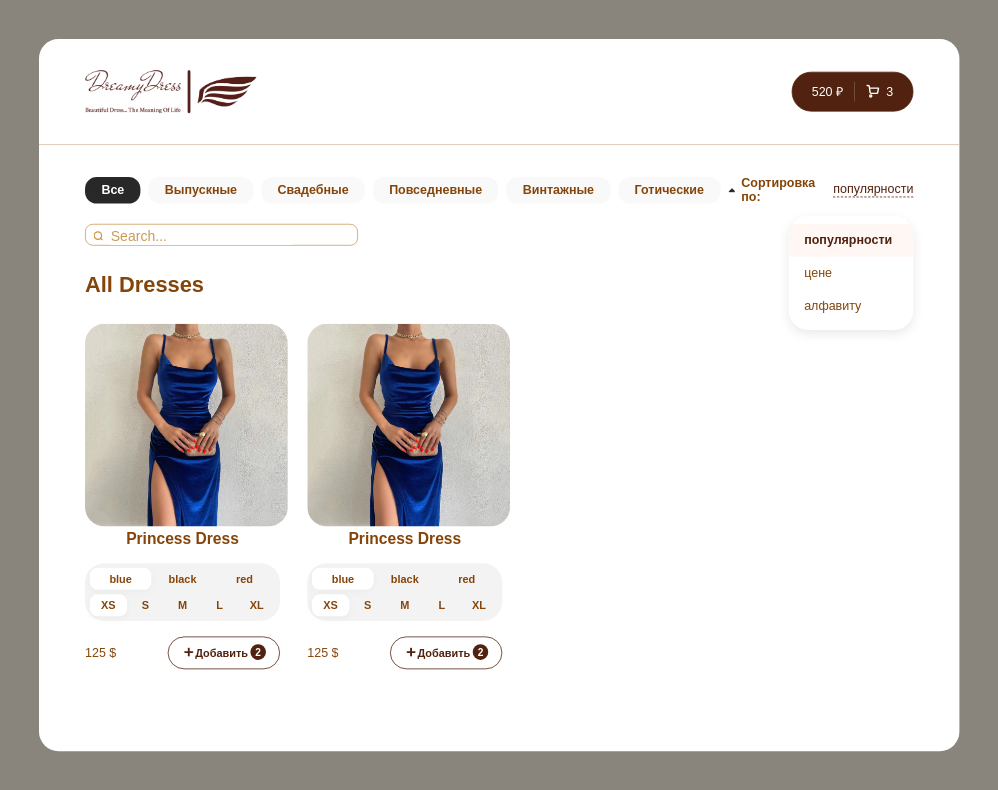
Repository: DisasterWoman/SPA-shop
Page: /
An editor plug-in stored every save of this project. The page is shown before and after the next save, followed by the edit.
The browser window is 1280 px wide. The pictures show the whole page, at 78% of full size.
Some web fonts or font styles are not loaded; a fallback is used. The project was rebuilt for these pictures with package versions that can differ from the ones it lists, and the page was loaded fresh each time.

Above is the page before, as saved 2022-11-29 18:11:07.

### src/App.js
import './scss/app.scss';
import Categories from './components/Categories/Categories';
import DressBlock from './components/DressBlock/DressBlock';
import Header from './components/Header/Header';
import Sort from './components/Sort/Sort';
import SearchBar from './components/SearchBar/SearchBar';

function App() {
  return (
    <div className="wrapper">
      <Header />
      <div className="content">
        <div className="container">
          <div className="content__top">
            <Categories />
            <Sort />
          </div>
          <SearchBar />
          <h2 className="content__title">All Dresses</h2>
          <div className="content__items">
            <DressBlock />
            <DressBlock />
          </div>
        </div>
      </div>
    </div>
  );
}

export default App;

### src/scss/app.scss
@import 'variables.scss';
@import './libs/normalize.scss';
@import './all';

body {
  background-color: $background;
}

.wrapper {
  width: calc(100vw - 100px);
  height: 100%;
  background-color: #fff;
  margin: 50px auto;
  border-radius: 25px;
  max-width: 1400px;
}

.content {
  padding: 40px 0;

  &__title {
    margin: 35px 0;
  }

  &__items {
    display: flex;
    flex-wrap: wrap;
    //justify-content: space-between;
  }

  &__top {
    display: flex;
    align-items: center;
    justify-content: space-between;
  }
}

.container {
  width: $container-width;
  margin: 0 auto;

  &--cart {
    max-width: 820px;
    margin: 90px auto;
    .content__title {
      margin: 0;
    }
  }
}

.cart {
  &__top {
    display: flex;
    justify-content: space-between;
    align-items: center;
  }

  .content__title {
    display: flex;
    align-items: center;
    font-size: 32px;

    svg {
      position: relative;
      top: -2px;
      width: 30px;
      height: 30px;
      margin-right: 10px;
      path {
        stroke: $black;
        strokewidth: 1.9;
      }
    }
  }

  &__clear {
    display: flex;
    align-items: center;
    cursor: pointer;
    @include noselect();

    span {
      display: inline-block;
      margin-left: 7px;
      color: #b6b6b6;
      font-size: 18px;
    }

    span,
    svg,
    path {
      transition: all $duration ease-in-out;
    }

    &:hover {
      svg {
        path {
          stroke: darken($color: #b6b6b6, $amount: 50);
        }
      }
      span {
        color: darken($color: #b6b6b6, $amount: 50);
      }
    }
  }

  &__item {
    display: flex;
    width: 100%;
    border-top: 1px solid $gray-line;
    padding-top: 30px;
    margin-top: 30px;

    &-img {
      display: flex;
      align-items: center;
      margin-right: 15px;
      width: 10%;

      img {
        width: 80px;
        height: 80px;
      }
    }

    &-info {
      display: flex;
      flex-direction: column;
      justify-content: center;
      width: 40%;

      h3 {
        font-weight: bold;
        font-size: 22px;
        line-height: 27px;
        letter-spacing: 0.01em;
      }

      p {
        font-size: 18px;
        color: #8d8d8d;
      }
    }

    &-count {
      display: flex;
      align-items: center;
      justify-content: space-between;
      width: 13%;

      &-minus {
        svg {
          path:first-of-type {
            display: none;
          }
        }
      }

      b {
        font-size: 22px;
      }
    }

    &-price {
      display: flex;
      align-items: center;
      justify-content: center;
      width: 33%;

      b {
        font-weight: bold;
        font-size: 22px;
        letter-spacing: 0.01em;
      }
    }

    &-remove {
      display: flex;
      align-items: center;
      justify-content: flex-end;
      width: 4%;

      .button {
        border-color: darken($color: $gray-line, $amount: 10);
      }

      svg {
        transform: rotate(45deg);

        path {
          fill: darken($color: $gray-line, $amount: 15);
        }
      }

      .button {
        svg {
          width: 11.5px;
          height: 11.5px;
          position: relative;
        }
        &:hover,
        &:active {
          border-color: darken($color: $gray-line, $amount: 80);
          background-color: darken($color: $gray-line, $amount: 80);
        }
      }
    }
  }

  &__bottom {
    margin: 50px 0;

    &-details {
      display: flex;
      justify-content: space-between;

      span {
        font-size: 22px;

        &:last-of-type {
          b {
            color: $brown;
          }
        }
      }
    }

    &-buttons {
      display: flex;
      justify-content: space-between;
      margin-top: 40px;

      .go-back-btn {
        display: flex;
        align-items: center;
        justify-content: center;
        width: 210px;

        border-color: darken($color: $gray-line, $amount: 10);

        span {
          color: darken($color: $gray-line, $amount: 20);
          font-weight: 500;
          font-weight: 600;
        }

        &:hover {
          background-color: darken($color: $gray-line, $amount: 90);
          border-color: darken($color: $gray-line, $amount: 90);

          span {
            color: $gray-line;
          }
        }

        svg {
          margin-right: 12px;
          path {
            fill: transparent;
            strokewidth: 2;
          }
        }
      }

      .pay-btn {
        font-size: 16px;
        font-weight: 600;
        width: 210px;
        padding: 16px;
      }
    }
  }

  &--empty {
    margin: 0 auto;
    width: 560px;
    text-align: center;

    h2 {
      font-size: 32px;
      margin-bottom: 10px;
    }

    p {
      font-size: 18px;
      line-height: 145.4%;
      letter-spacing: 0.01em;
      color: #777777;
    }

    icon {
      position: relative;
      top: 2px;
    }

    img {
      display: block;
      width: 300px;
      margin: 45px auto 60px;
    }

    .button--black {
      padding: 12px 0 14px;
      width: 230px;
      margin: 0 auto;
      font-weight: 600;
      font-size: 18px;
    }
  }
}

### src/components/Categories/Categories.jsx
import React from 'react';

function Categories() {
  return (
    <div className="categories">
      <ul>
        <li className="active">Все</li>
        <li>Выпускные</li>
        <li>Свадебные</li>
        <li>Повседневные</li>
        <li>Винтажные</li>
        <li>Готические</li>
      </ul>
    </div>
  );
}

export default Categories;

### src/components/DressBlock/DressBlock.jsx
import React from 'react';
import { Button } from '../Button/Button';
import './_dress-block.scss';

function DressBlock() {
  return (
    <div className="dress-block">
      <img className="dress-block__image" src="/images/dresses/dress0-blue.webp" alt="Dress" />
      <h4 className="dress-block__title">Princess Dress</h4>
      <div className="dress-block__selector">
        <ul>
          <li className="active">blue</li>
          <li>black</li>
          <li>red</li>
        </ul>
        <ul>
          <li className="active">XS</li>
          <li>S</li>
          <li>M</li>
          <li>L</li>
          <li>XL</li>
        </ul>
      </div>
      <div className="dress-block__bottom">
        <div className="dress-blockk__price">125 $</div>
        <Button/>
      </div>
    </div>
  );
}

export default DressBlock;

### src/components/Header/Header.jsx
import React from 'react';
import './_header.scss';
function Header() {
  return (
    <div className="header">
      <div className="container">
        <div className="header__logo">
          <img width="220" src="/dreamy-dress.png" alt="logo" />
          <div></div>
        </div>
        <div className="header__cart">
          <a href="/cart.html" className="button button--cart">
            <span>520 ₽</span>
            <div className="button__delimiter"></div>
            <svg
              width="18"
              height="18"
              viewBox="0 0 18 18"
              fill="none"
              xmlns="http://www.w3.org/2000/svg"
            >
              <path
                d="M6.33333 16.3333C7.06971 16.3333 7.66667 15.7364 7.66667 15C7.66667 14.2636 7.06971 13.6667 6.33333 13.6667C5.59695 13.6667 5 14.2636 5 15C5 15.7364 5.59695 16.3333 6.33333 16.3333Z"
                stroke="white"
                strokeWidth="1.8"
                strokeLinecap="round"
                strokeLinejoin="round"
              />
              <path stroke="white" strokeWidth="1.8" strokeLinecap="round" strokeLinejoin="round" />
              <path
                d="M4.78002 4.99999H16.3334L15.2134 10.5933C15.1524 10.9003 14.9854 11.176 14.7417 11.3722C14.4979 11.5684 14.1929 11.6727 13.88 11.6667H6.83335C6.50781 11.6694 6.1925 11.553 5.94689 11.3393C5.70128 11.1256 5.54233 10.8295 5.50002 10.5067L4.48669 2.82666C4.44466 2.50615 4.28764 2.21182 4.04482 1.99844C3.80201 1.78505 3.48994 1.66715 3.16669 1.66666H1.66669"
                stroke="white"
                strokeWidth="1.8"
                strokeLinecap="round"
                strokeLinejoin="round"
              />
            </svg>
            <span>3</span>
          </a>
        </div>
      </div>
    </div>
  );
}

export default Header;

### src/components/Sort/Sort.jsx
import React from 'react';
import './_sort.scss';

function Sort() {
  return (
    <div className="sort">
      <div className="sort__label">
        <svg
          width="10"
          height="6"
          viewBox="0 0 10 6"
          fill="none"
          xmlns="http://www.w3.org/2000/svg"
        >
          <path
            d="M10 5C10 5.16927 9.93815 5.31576 9.81445 5.43945C9.69075 5.56315 9.54427 5.625 9.375 5.625H0.625C0.455729 5.625 0.309245 5.56315 0.185547 5.43945C0.061849 5.31576 0 5.16927 0 5C0 4.83073 0.061849 4.68424 0.185547 4.56055L4.56055 0.185547C4.68424 0.061849 4.83073 0 5 0C5.16927 0 5.31576 0.061849 5.43945 0.185547L9.81445 4.56055C9.93815 4.68424 10 4.83073 10 5Z"
            fill="#2C2C2C"
          />
        </svg>
        <b>Сортировка по:</b>
        <span>популярности</span>
      </div>
      <div className="sort__popup">
        <ul>
          <li className="active">популярности</li>
          <li>цене</li>
          <li>алфавиту</li>
        </ul>
      </div>
    </div>
  );
}

export default Sort;

### src/components/SearchBar/SearchBar.jsx
import React, {useState}  from 'react'
import './_searchBar.scss';
function SearchBar() {
  return (
    <div className="search-bar">
      <img
        className="search-bar__icon"
        alt="search"
        src="images/icons/search.svg"
        width={12}
        height={13}
      ></img>
      <input
        placeholder="Search..."
      ></input>
    </div>
  );
}

export default SearchBar

### src/scss/_variables.scss
$black: #85450a;
$background: #89857c;
$gray-line: #d5bda1;
$brown: #50220f;

$container-width: 90%;

$duration: 0.15s;

### src/scss/libs/_normalize.scss
@import url('https://fonts.googleapis.com/css2?family=Anek+Devanagari&display=swap');

*{
  padding: 0;
  margin: 0;
  list-style: none;
  outline: none;
  font-family: 'Anek Devanagari', sans-serif;
  box-sizing: border-box;
}

html {
  -ms-text-size-adjust: 100%;
  -webkit-text-size-adjust: 100%;
}

body {
  -moz-osx-font-smoothing: grayscale;
  -webkit-font-smoothing: antialiased;
  color: $black;
}

a,
span,
p,
b,
h1,
h2,
h3,
h4,
h5 {
  color: $black;
}

h1 {
  font-size: 48px;
}

h2 {
  font-weight: 600;
  font-size: 28px;
  line-height: 30px;
}

a {
  text-decoration: none;
}

@mixin noselect {
  -webkit-touch-callout: none; /* iOS Safari */
  -webkit-user-select: none; /* Safari */
  -khtml-user-select: none; /* Konqueror HTML */
  -moz-user-select: none; /* Old versions of Firefox */
  -ms-user-select: none; /* Internet Explorer/Edge */
  user-select: none; /* Non-prefixed version, currently
                                  supported by Chrome, Opera and Firefox */
}

### src/scss/_all.scss
@import '../components/Header/Header';
@import '../components/Button/button';
@import '../components/Categories/Categories';
@import '../components/Sort/Sort';
@import '../components/DressBlock/dress-block';

### src/components/Header/_header.scss
@import '../../../src/scss/variables';

.header {
  border-bottom: 1px solid $gray-line;
  padding: 40px 0;

  .container {
    display: flex;
    align-items: center;
    justify-content: space-between;
  }

  &__logo {
    display: flex;

    img {
      margin-right: 15px;
    }

    h1 {
      color: #181818;
      font-size: 24px;
      letter-spacing: 1%;
      text-transform: uppercase;
      font-weight: 800;
    }

    p {
      color: #7b7b7b;
    }
  }
}

### src/components/Button/_button.scss
@import '../../../src/scss/variables';

.button {
  display: inline-block;
  background-color: $brown;
  border-radius: 25px;
  padding: 10px 20px;
  min-width: 100px;
  text-align: center;
  cursor: pointer;
  transition: background-color $duration ease-in-out, border-color $duration ease-in-out;
  border: 1px solid transparent;

  &,
  span {
    color: #fff;
  }

  i,
  span,
  path,
  svg {
    transition: all $duration ease-in-out;
  }

  &:hover {
    background-color: darken($brown, 8%);
  }

  &:active {
    background-color: darken($brown, 12%);
    transform: translateY(1px);
  }

  &--circle {
    display: flex;
    align-items: center;
    justify-content: center;
    width: 30px;
    height: 30px;
    min-width: 30px;
    padding: 0;
    border-width: 2px;
  }

  &--black {
    background-color: $black;

    &:hover,
    &:active {
      background-color: lighten($color: $black, $amount: 10);
    }
  }

  &--outline {
    background-color: #fff;
    border-color: $brown;
    &,
    span {
      color: $brown;
    }

    svg {
      path {
        fill: $brown;
      }
    }

    &:hover {
      background-color: $brown;

      &,
      span {
        color: #fff;
      }

      svg {
        path {
          fill: #fff;
        }
      }
    }

    &:active {
      background-color: darken($brown, 8%);
    }
  }

  &__delimiter {
    width: 1px;
    height: 25px;
    background-color: rgba(255, 255, 255, 0.25);
    margin-left: 14px;
    margin-right: 14px;
  }

  &--add {
    svg {
      margin-right: 2px;
    }

    span {
      font-weight: 600;
      font-size: 14px;
    }

    &:hover {
      i {
        background-color: #fff;
        color: $brown;
      }
    }

    i {
      display: inline-block;
      border-radius: 30px;
      background-color: $brown;
      color: #fff;
      font-weight: 600;
      width: 20px;
      height: 20px;
      font-style: normal;
      font-size: 13px;
      line-height: 22px;
      position: relative;
      top: -1px;
      left: 3px;
    }
  }

  &--cart {
    display: flex;
    align-items: center;
    line-height: 23px;
    padding: 12px 25px;
    border-color: $brown;

    svg {
      margin-right: 8px;
      margin-bottom: 1px;
    }

    span {
      font-weight: 500;
      font-size: 16px;
    }
  }
}

### src/components/Categories/_categories.scss
@import '../../../src/scss/variables';

.categories {
  ul {
    display: flex;

    li {
      background-color: #f9f9f9;
      padding: 8px 21px;
      border-radius: 15px;
      margin-right: 10px;
      font-weight: bold;
      cursor: pointer;
      transition: background-color 0.1s ease-in-out;
      @include noselect();

      &:hover {
        background-color: darken(#f9f9f9, 2%);
      }

      &:active {
        background-color: darken(#f9f9f9, 5%);
      }

      &.active {
        background-color: #282828;
        color: #fff;
      }
    }
  }
}

### src/components/Sort/_sort.scss
@import '../../../src/scss/variables';

.sort {
  position: relative;
  &__label {
    display: flex;
    align-items: center;

    svg {
      margin-right: 8px;
    }

    b {
      margin-right: 8px;
    }

    span {
      color: $brown;
      border-bottom: 1px dashed $brown;
      cursor: pointer;
    }
  }

  &__popup {
    position: absolute;
    right: 0;
    margin-top: 15px;
    background: #ffffff;
    box-shadow: 0px 5px 15px rgba(0, 0, 0, 0.09);
    border-radius: 25px;
    overflow: hidden;
    padding: 10px 0;
    width: 160px;

    ul {
      overflow: hidden;
      li {
        padding: 12px 20px;
        cursor: pointer;

        &.active,
        &:hover {
          background: rgba(254, 95, 30, 0.05);
        }

        &.active {
          font-weight: bold;
          color: $brown;
        }
      }
    }
  }
}

### src/components/DressBlock/_dress-block.scss
@import '../../../src/scss/variables';

.dress-block {
  width: 250px;
  text-align: center;
  margin-bottom: 65px;

  &:not(:nth-of-type(4n)) {
    margin-right: 35px;
  }

  &__image {
    border-radius: 25px;
    width: 260px;
  }

  &__title {
    font-size: 20px;
    font-weight: 900;
    letter-spacing: 1%;
    margin-bottom: 20px;
  }

  &__selector {
    display: flex;
    background-color: #f3f3f3;
    border-radius: 25px;
    flex-direction: column;
    padding: 6px;

    ul {
      display: flex;
      flex: 1;

      &:first-of-type {
        margin-bottom: 6px;
      }

      li {
        padding: 6px;
        flex: 1;
        cursor: pointer;
        font-weight: 600;
        font-size: 14px;
        &.active {
          background: #ffffff;
          box-shadow: 0px 2px 11px rgba(0, 0, 0, 0.04);
          border-radius: 10px;
          cursor: auto;
        }
      }
    }
  }

  &__bottom {
    display: flex;
    align-items: center;
    justify-content: space-between;
    margin-top: 20px;
  }

  &__price {
    font-weight: bold;
    font-size: 22px;
    line-height: 27px;
    letter-spacing: 0.015em;
  }
}

### src/components/Button/Button.jsx
export const Button = () => {
    return (
      <div className="button button--outline button--add">
        <svg
          width="12"
          height="12"
          viewBox="0 0 12 12"
          fill="none"
          xmlns="http://www.w3.org/2000/svg"
        >
          <path
            d="M10.8 4.8H7.2V1.2C7.2 0.5373 6.6627 0 6 0C5.3373 0 4.8 0.5373 4.8 1.2V4.8H1.2C0.5373 4.8 0 5.3373 0 6C0 6.6627 0.5373 7.2 1.2 7.2H4.8V10.8C4.8 11.4627 5.3373 12 6 12C6.6627 12 7.2 11.4627 7.2 10.8V7.2H10.8C11.4627 7.2 12 6.6627 12 6C12 5.3373 11.4627 4.8 10.8 4.8Z"
            fill="white"
          />
        </svg>
        <span>Добавить</span>
        <i>2</i>
      </div>
    );
}

### src/components/SearchBar/_searchBar.scss
@import '../../../src/scss/variables';

.search-bar{
   width: 350px;
  margin-top: 25px;
  border: 1px solid #CA9B55;
  border-radius: 10px;
  padding: 0 10px;
  position: relative;
  &__icon{
    margin-right: 10px;
    margin-top: 8px;
  }
  input{
    font-size: 18px;
    outline-offset: 0;
    outline: none;
    border: none;
    color: #7e4e05;
  }
     ::placeholder {
      color: #CA9B55;
      opacity: 1;
    }

}

Loaded but not shown: public/index.html (common file); src/index.js (common file)

After the next save:
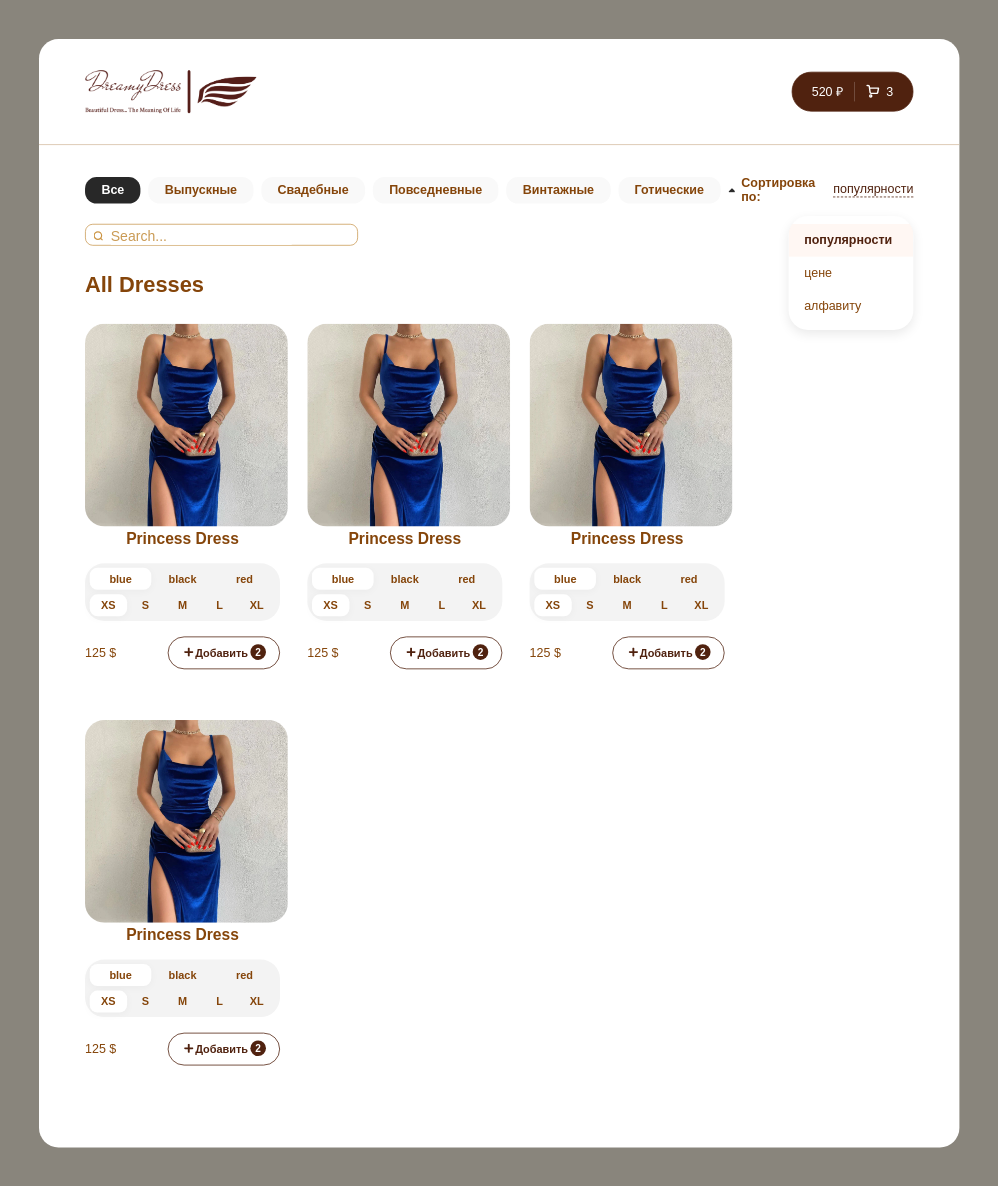
Saved 16 s later.
--- a/src/App.js
+++ b/src/App.js
@@ -20,6 +20,8 @@ function App() {
           <div className="content__items">
             <DressBlock />
             <DressBlock />
+            <DressBlock />
+            <DressBlock />
           </div>
         </div>
       </div>
